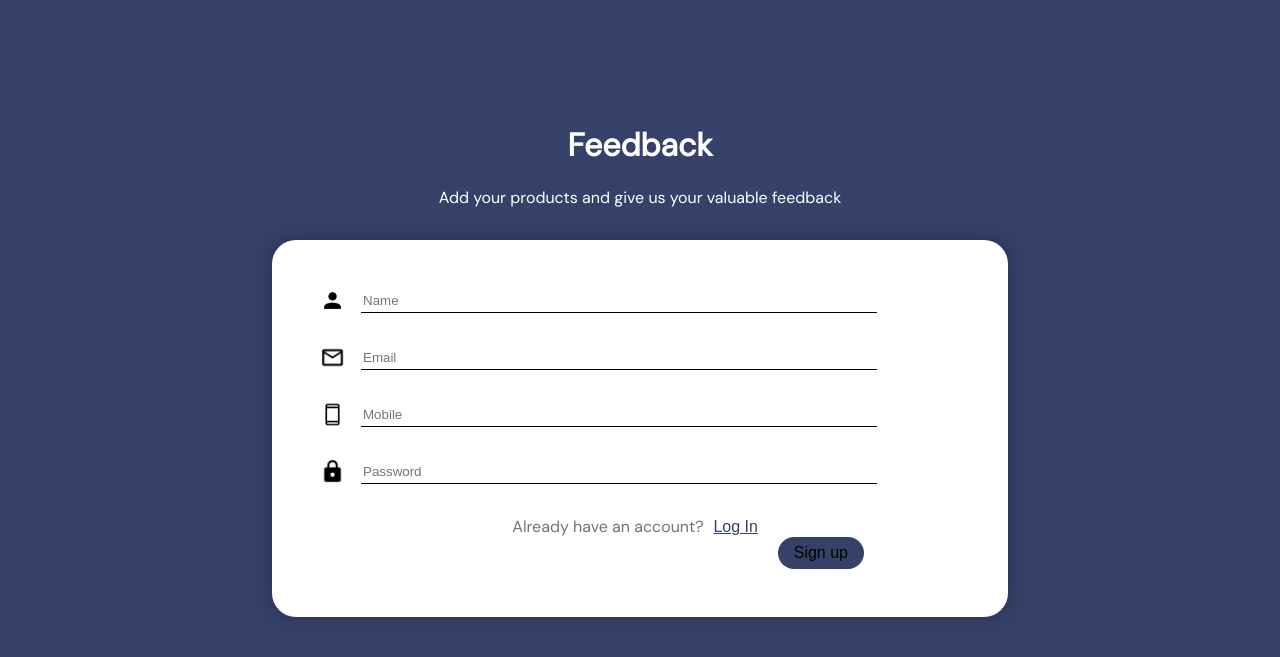
Repository: drumsmanku/final-evaluation-test
Page: /signup (app in client/)
An editor plug-in stored every save of this project. The page is shown before and after the next save, followed by the edit.
The browser window is 1280 px wide. The pictures show the whole page.
The project was rebuilt for these pictures with package versions that can differ from the ones it lists, and the page was loaded fresh each time. Also part of the build but not shown: client/src/Components/MainPage.js, client/src/CSS/Login.css, client/src/Components/Login.js.

Above is the page before, as saved 2023-07-29 18:48:08.

After the next save:
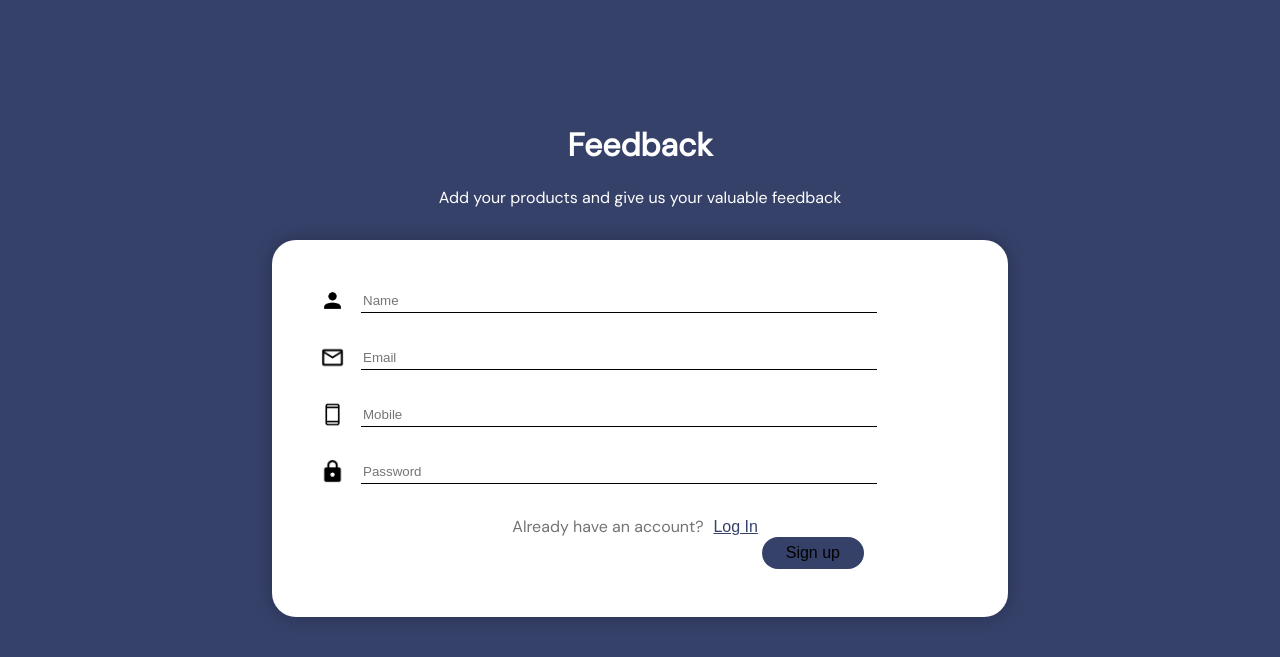
Saved 8 s later.
--- a/client/src/CSS/SignUp.css
+++ b/client/src/CSS/SignUp.css
@@ -30,8 +30,8 @@
   border-right: none;
 }
 .signup-button{
-  padding-left: 1rem;
-  padding-right: 1rem;
+  padding-left: 1.5rem;
+  padding-right: 1.5rem;
   height: 2rem;
   font-size: medium;
   border-radius: 1rem;
